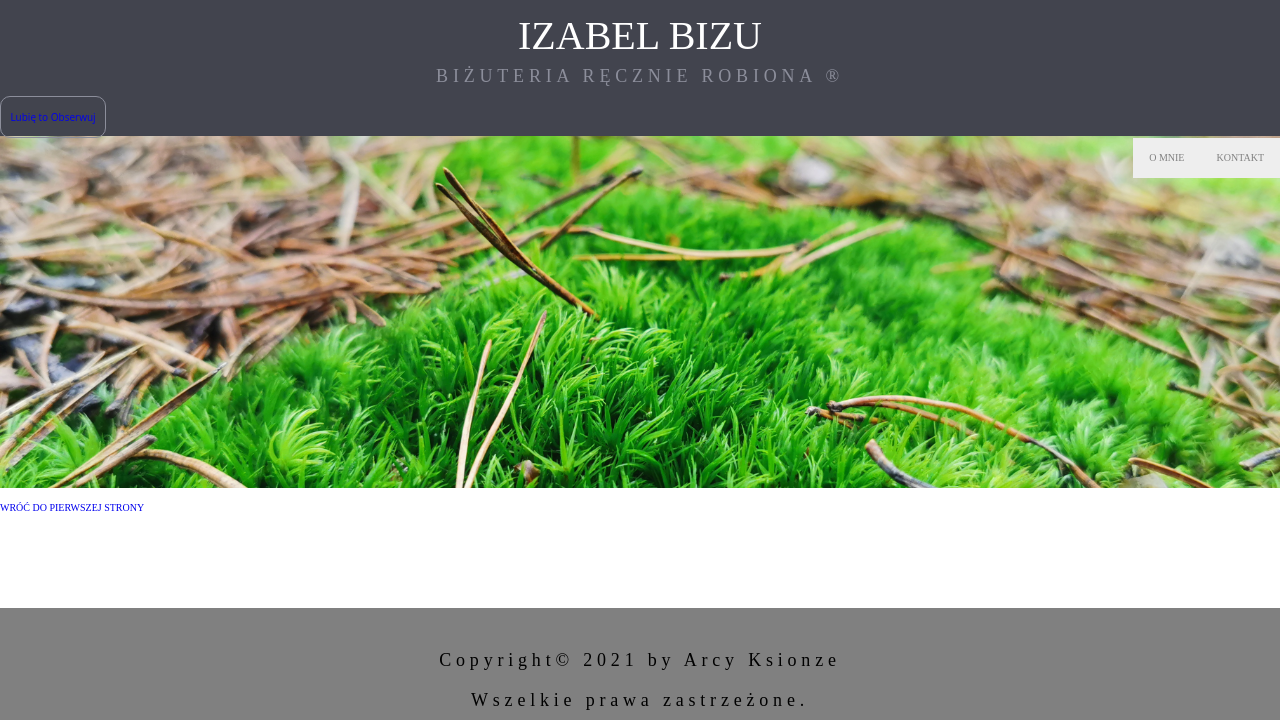
Repository: arcyksionze/strona_izy
Page: index2.html
The author's editor kept a copy of each file at every save. The page is drawn from the files as they stood at one save, then again after the next save.
The browser window is 1280 px wide. The pictures show the whole page.
Some web fonts or font styles are not loaded; a fallback is used.

Above is the page before, as saved 2021-04-11 23:11:29.

After the next save:
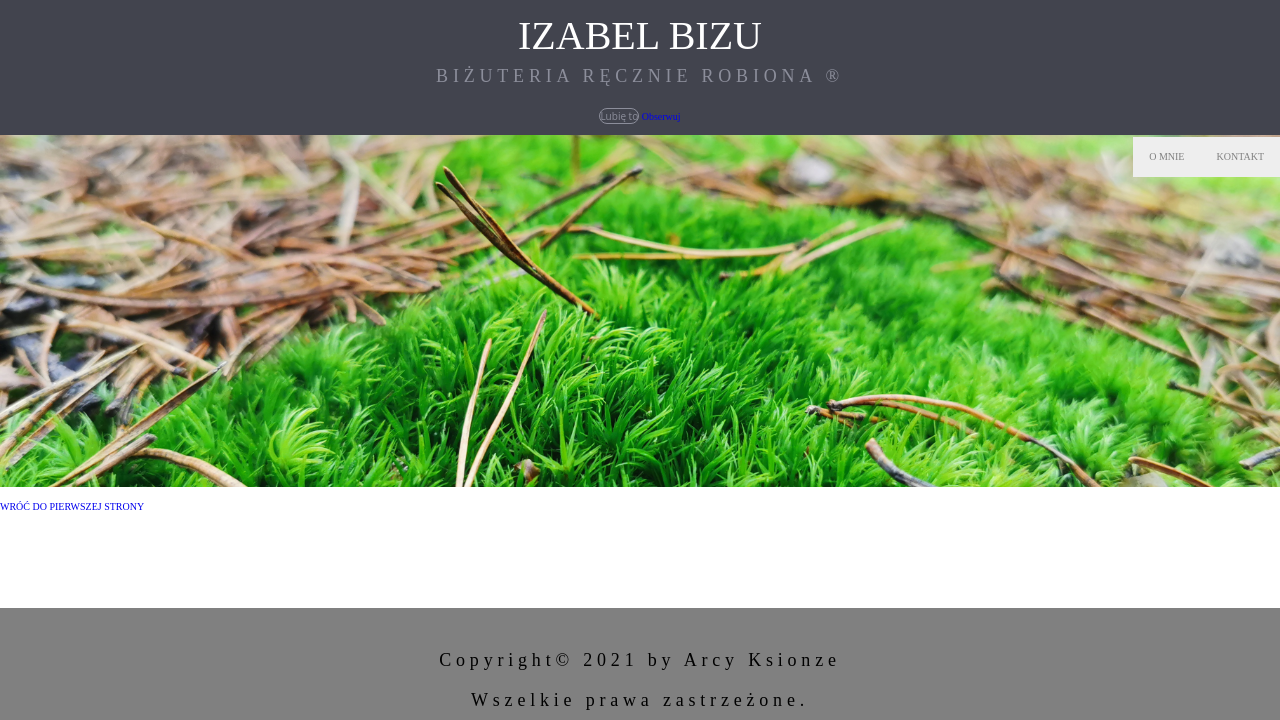
Saved 23 s later.
--- a/main2.css
+++ b/main2.css
@@ -67,7 +67,7 @@
 	padding-top: 1rem;
 }
 
-.przycisk {
+.przycisk1 {
 	font-family: "Open Sans", sans-serif;
 	border: 1px solid #8c8e9b;
 	/* obwódka, krawędź */
